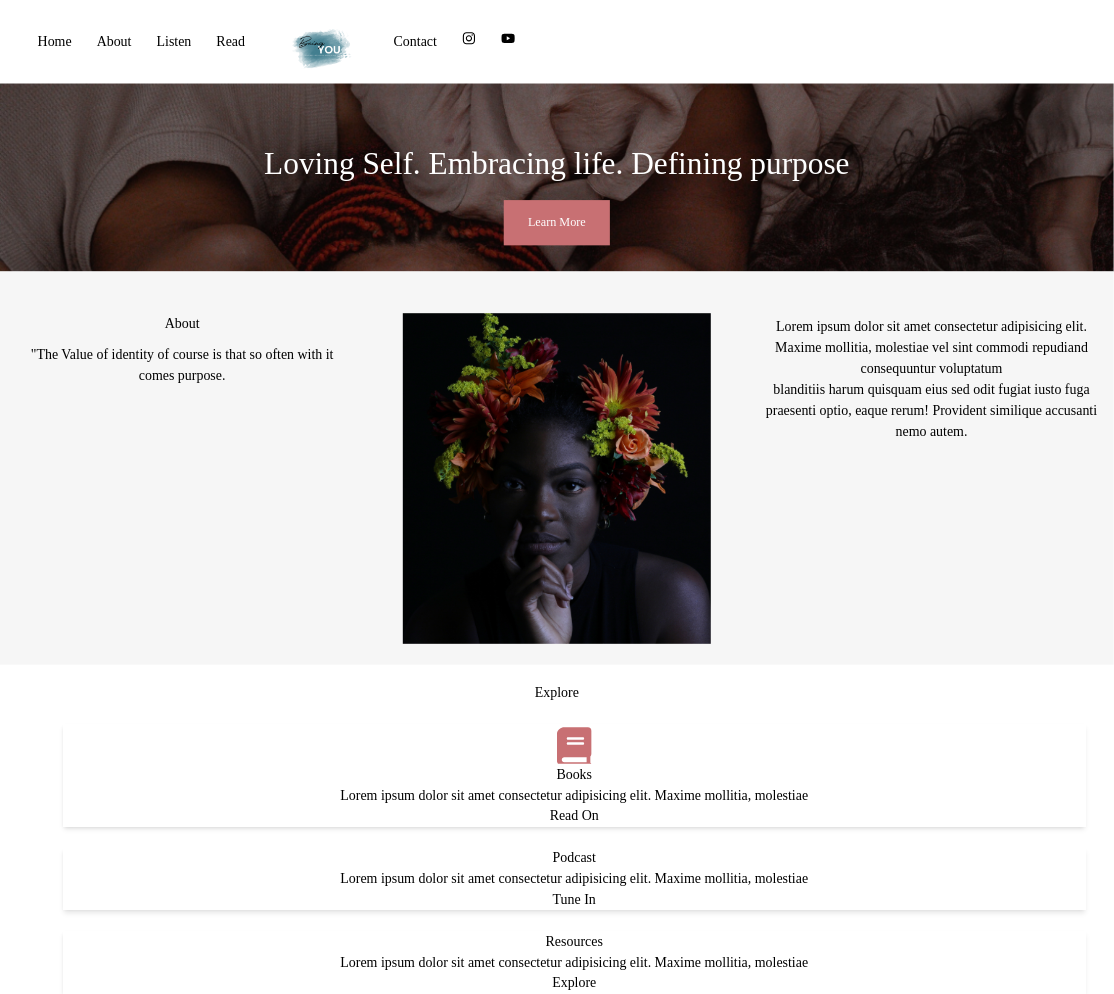
Repository: BrightonMboya/being-you
Page: /
These files come from the project's save history. The page is drawn as it stood at one moment and after the next save; the edit follows.
The browser window is 1280 px wide. The pictures show the whole page, at 87% of full size.
The project was rebuilt for these pictures with package versions that can differ from the ones it lists, and the page was loaded fresh each time.

Above is the page before, as saved 2022-05-28 16:57:48.

After the next save:
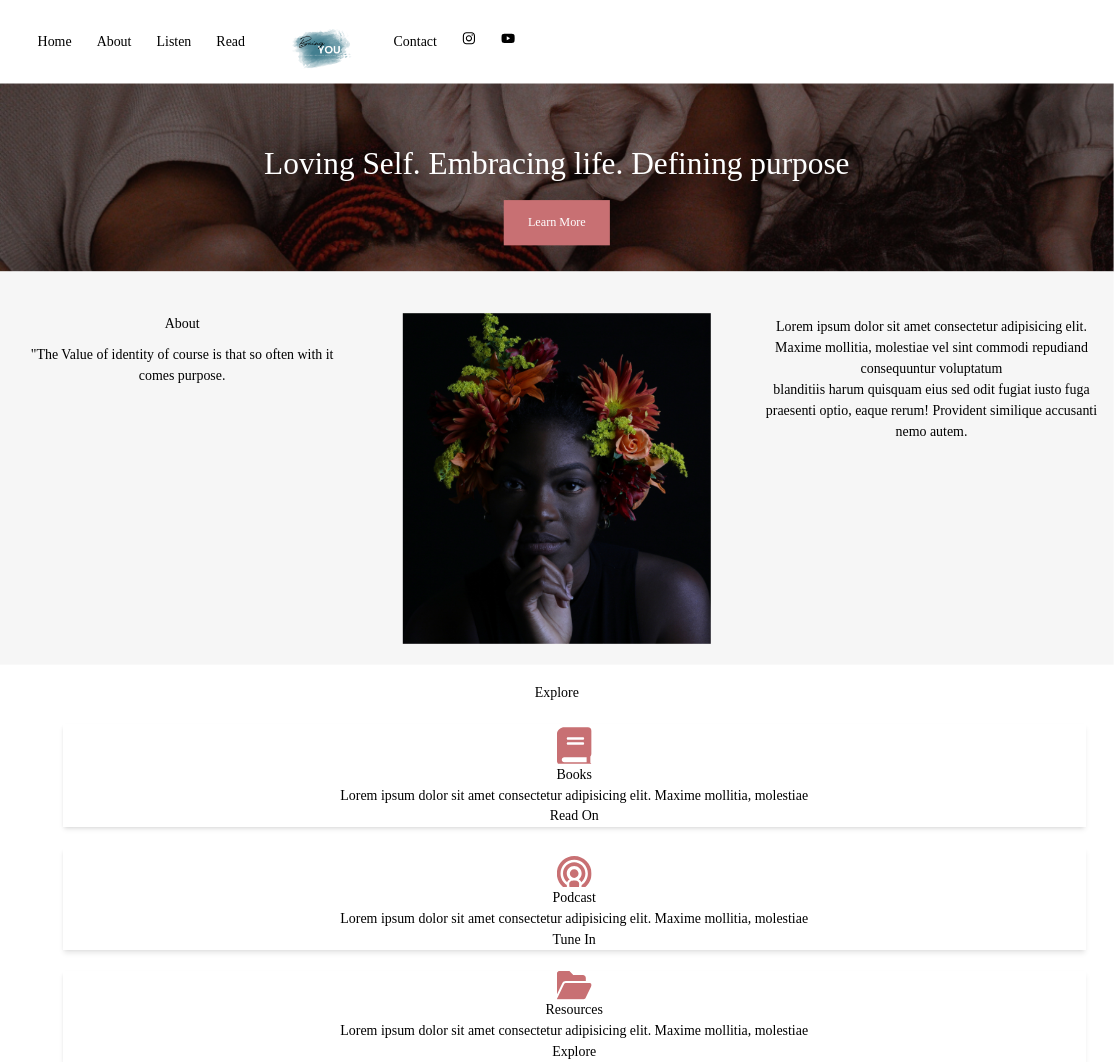
Saved 21 s later.
--- a/src/Components/Podcast/Explore.jsx
+++ b/src/Components/Podcast/Explore.jsx
@@ -16,13 +16,13 @@ const Explore = () => {
           action="Read On"
         />
         <ExploreCard
-          img={podcast}
+          image={podcast}
           title="Podcast"
           description="Lorem ipsum dolor sit amet consectetur adipisicing elit. Maxime mollitia, molestiae "
           action="Tune In"
         />
         <ExploreCard
-          img={resources}
+          image={resources}
           title="Resources"
           description="Lorem ipsum dolor sit amet consectetur adipisicing elit. Maxime mollitia, molestiae "
           action="Explore"
